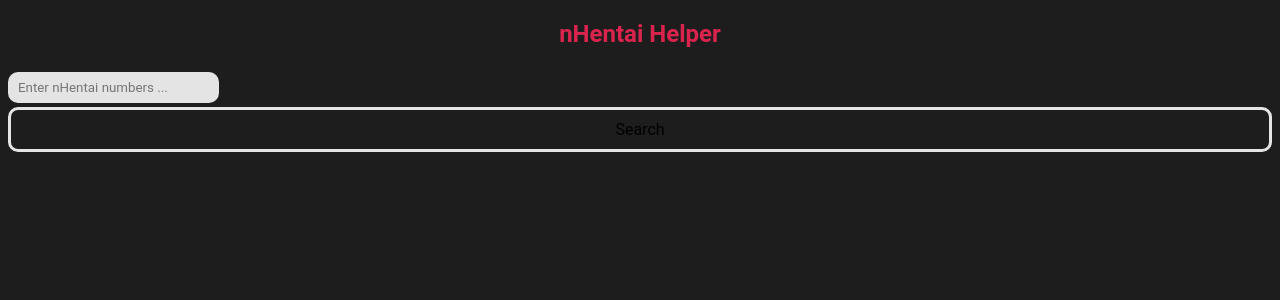
Repository: Lizadking/nHentai_Helper
Page: Mainpop.html
An editor plug-in stored every save of this project. The page is shown before and after the next save, followed by the edit.
The browser window is 1280 px wide. The pictures show the whole page.

Above is the page before, as saved 2021-08-06 23:26:36.

### Mainpop.html
<!DOCTYPE html>
<!DOCTYPE html>
<html lang="en">
<head>
    <meta charset="UTF-8">
    <meta http-equiv="X-UA-Compatible" content="IE=edge">
    <meta name="viewport" content="width=device-width, initial-scale=1.0">
    <link rel="stylesheet" href="mainStylesheet.css">
    <title>nHentai Helper</title>
</head>
<body>
    <div class="container">
        <h2>
            nHentai Helper
        </h2>
        <form name = "nHentaiHelper">
            <input type = "text" id="tag" name = "ntag" placeholder="Enter nHentai numbers ...">

            <input type="submit" value="Search", id = "submission">

        </form>
    </div>
    <!--enter script here-->
    <script src = "mainsrc.js"></script>
</body>
</html>

### mainStylesheet.css
h2
{
    color:#ed2553e8;
    text-align: center;
    font-family: 'Roboto', sans-serif;

}
body
{
    background-color: #1d1d1d;
}
[type=text]
{
    padding: 8px 10px;
    border: 0;
    background-color:rgb(228, 228, 228);
    font-family: 'Roboto', sans-serif;
    color:#535353e8;
    margin:4px 0;
    border-radius:10px;
}
#placeholder
{
    font-family: 'Roboto', sans-serif;
    color:rgb(228, 228, 228);
    border-radius:10px;

}
input[type=button],input[type=submit]
{
    padding: 10px;
    width: 100%;
    border-radius:10px;
    border: 3px solid rgb(228, 228, 228);
    background-color: #1d1d1d;
    font-family: 'Roboto', sans-serif;
    text-align: center;
    font-size: 16px;

}

.submission
{
    text-align: center;
}

### mainsrc.js




/*
document.addEventListener('DOMContentLoaded', function () {
    var btn = document.getElementById('submit');

    btn.addEventListener('click', function()
    {
        let defaultUrl= "https://nhentai.net/g/"
        let from = document.forms.nHentaiHelper;
        let elm = from.elements.ntag;
        let strElm = String(elm.value);
        console.log(strElm);
        let finalUrl = defaultUrl+=strElm+"/";
        chrome.tabs.create({ url: finalUrl})

    });
}  );
*/

document.getElementById('submission').addEventListener('click',function()
    {
        let defaultUrl= "https://nhentai.net/g/"
        let from = document.forms.nHentaiHelper;
        let elm = from.elements.ntag;
        let strElm = String(elm.value);
        console.log(strElm);
        let finalUrl = defaultUrl+=strElm+"/";
        //may change this line below
        chrome.tabs.create({url:finalUrl});


    });

After the next save:
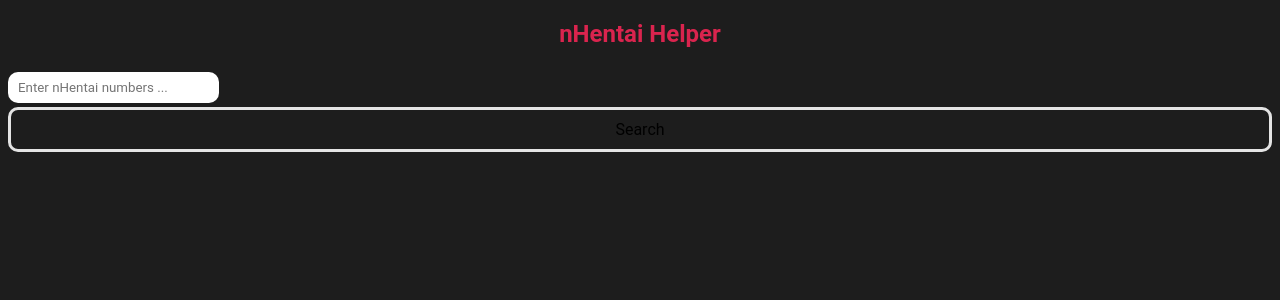
Saved 21 s later.
--- a/mainStylesheet.css
+++ b/mainStylesheet.css
@@ -13,7 +13,7 @@
 {
     padding: 8px 10px;
     border: 0;
-    background-color:rgb(228, 228, 228);
+
     font-family: 'Roboto', sans-serif;
     color:#535353e8;
     margin:4px 0;
